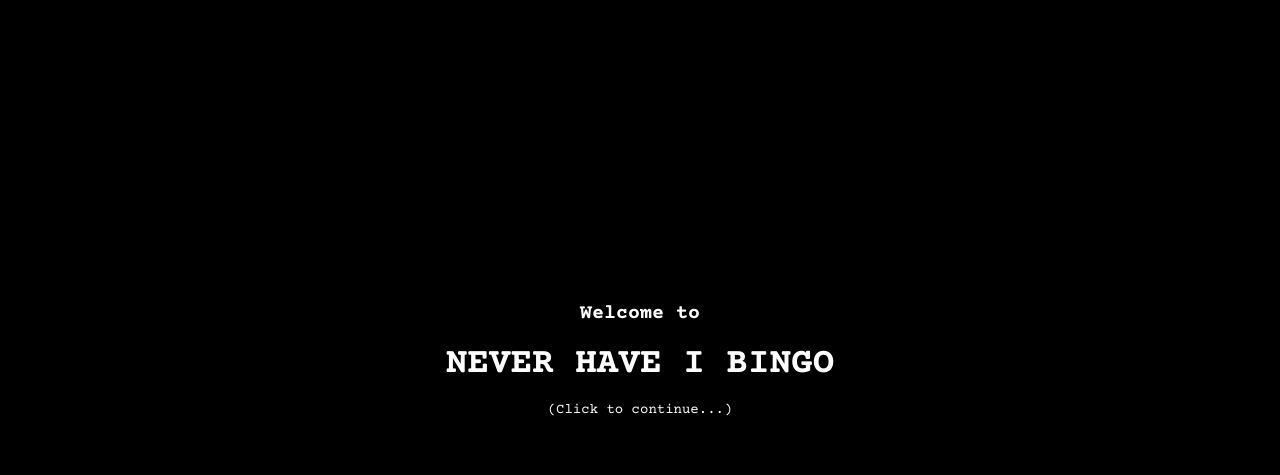
Repository: Jeysmeister/sensoryminds-bingo
Page: /
An editor plug-in stored every save of this project. The page is shown before and after the next save, followed by the edit.
The browser window is 1280 px wide. The pictures show the whole page.
The project was rebuilt for these pictures with package versions that can differ from the ones it lists, and the page was loaded fresh each time. The framework's server and built-in components were replaced by stand-ins that run in the browser. Also part of the build but not shown: next.config.ts.

Above is the page before, as saved 2024-11-12 18:36:19.

### app/layout.tsx
import type { Metadata } from "next";
import { Courier_Prime } from "next/font/google";
import "./globals.css";
import Header from "./components/Header";

export const metadata: Metadata = {
  title: "Never have I BINGO",
  description: "Sensory Minds Front-End Coding Challenge",
};

const courier = Courier_Prime({
  subsets: ["latin"],
  weight: ["400", "700"],
});

export default function RootLayout({
  children,
}: Readonly<{
  children: React.ReactNode;
}>) {
  return (
    <html lang="en">
      <body className={`${courier.className} antialiased`}>{children}</body>
    </html>
  );
}

### app/page.tsx
"use client";

import { neverHaveIEverQuestions } from "@/data/questions";
import { motion } from "framer-motion";
import { useState } from "react";
import BingoCard from "./components/BingoCard";
import Header from "./components/Header";

export default function Home() {
  const [activeSection, setActiveSection] = useState(0);

  const getRandomQuestions = (count: number) => {
    const shuffled = [...neverHaveIEverQuestions].sort(() => 0.5 - Math.random());
    return shuffled.slice(0, count);
  };
  const questions = getRandomQuestions(24);

  const slideInVariant = {
    default: { x: 0, opacity: 1, width: "100%" },
    invisible: { x: "100%", opacity: 0, width: 0 },
    visible: { x: 0, opacity: 1, width: "100%", transition: { duration: 1 } },
  };

  return (
    <div className="flex w-screen overflow-hidden bg-black">
      <motion.div
        className="w-screen h-screen flex justify-center items-center text-white bg-black flex-col gap-4 cursor-pointer"
        onClick={() => setActiveSection(1)}
        initial="default"
        animate={`${activeSection === 1 ? "invisible" : activeSection === 2 && "invisible"}`}
        exit="slideOut"
        variants={slideInVariant}
      >
        <div className="text-xl font-bold">Welcome to</div>
        <div className="text-4xl font-bold">NEVER HAVE I BINGO</div>
        <div className="text-sm">(Click to continue...)</div>
      </motion.div>

      <motion.div
        className="w-screen h-screen flex justify-center items-center text-white bg-black flex-col gap-4 cursor-pointer"
        onClick={() => setActiveSection(2)}
        initial="invisible"
        animate={activeSection === 1 ? "visible" : activeSection === 2 && "invisible"}
        exit="slideOut"
        variants={slideInVariant}
      >
        <div className="text-4xl font-extrabold">RULES</div>
        <div className="flex flex-col text-xl font-bold text-left w-[800px]">
          <div>1. Players must decide on the consequence when a player loses.</div>
          <div>2. Players must click on the boxes they've done.</div>
          <div>3. A player loses if they fill a row, column, or diagonal.</div>
          <div>4. All players that lose must do the consequence.</div>
          <div>5. After doing the consequence, players must click the restart button on the top right of the page.</div>
          <div>6. Have Fun!</div>
        </div>
        <div className="text-sm">(Click to continue...)</div>
      </motion.div>

      <motion.div
        className="w-screen h-screen flex flex-col justify-center items-center relative bg-white"
        initial="invisible"
        animate={activeSection === 2 && "visible"}
        exit="slideOut"
        variants={slideInVariant}
      >
        <Header />
        <BingoCard questions={questions} />
      </motion.div>
    </div>
  );
}

### data/questions.ts
export const neverHaveIEverQuestions = [
  "laughed so hard I snorted",
  "eaten a whole pizza by myself",
  "stayed up all night binge-watching a series",
  "danced in the rain",
  "tried to learn another language just to impress someone",
  "accidentally texted the wrong person",
  "pretended to know a celebrity",
  "had a nightmare about work or school",
  "played a prank on a teacher or boss",
  "gone skinny dipping",
  "gotten lost in an amusement park",
  "been on a blind date",
  "pretended to be on a cooking show while making food",
  "locked myself out of my house",
  "forgotten an important anniversary or birthday",
  "tried a weird food combination that I ended up loving",
  "cried during a movie",
  "played a video game all night",
  "forgotten someone's name right after meeting them",
  "laughed at a joke I didn't get",
  "sung karaoke in public",
  "cried at a wedding",
  "been the last one awake at a sleepover",
  "tried to start a fire without matches or a lighter",
  "accidentally sent a message to the wrong person",
  "made up an excuse to get out of a date",
  "accidentally walked into the wrong restroom",
  "gotten a tattoo I regretted",
  "pretended to like a gift I didn't like",
  "been on a roller coaster",
  "cried during a song",
  "fainted in public",
  "had my phone fall in water",
  "pretended to be sick to skip school or work",
  "done a backflip",
  "lied to my best friend",
  "been scared of clowns",
  "cried at a concert",
  "sang in the shower",
  "had a crush on a teacher",
  "broken a bone",
  "eaten food that was still frozen",
  "gotten stitches",
  "driven a car",
  "ridden a motorcycle",
  "been to a haunted house",
  "been on TV",
  "been afraid of the dark",
  "been stuck in an elevator",
  "lost my wallet",
  "cooked an elaborate meal for myself",
  "accidentally broken a friend's item and didn't tell them",
  "regretted a social media post",
  "missed a flight",
  "forgotten my passport while traveling",
  "made a mess and left it for someone else to clean",
  "skipped school or work for a road trip",
  "written a poem for someone",
  "fallen asleep on public transportation and missed my stop",
  "said 'you too' when a cashier said 'enjoy your meal'",
  "been told I look like a celebrity",
  "stayed up all night talking to someone",
  "gone to a costume party as myself",
  "bought something just for the packaging",
  "tried to do the splits",
  "put something back on the shelf after deciding not to buy it",
  "worn pajamas in public",
  "ordered an item of food just to take a picture of it",
  "walked into a glass door",
  "gone somewhere just for the free food",
  "tried a dance move from a music video",
  "lost something important and found it years later",
  "kept a plant alive for over a year",
  "given a fake name at a coffee shop",
  "forgotten where I parked my car",
  "forgotten my own phone number",
  "sent a text while angry that I regretted later",
  "watched an entire series in a single day",
  "had a song stuck in my head for days",
  "missed an important event because I overslept",
  "gotten sunburned so badly I peeled",
  "tried to ice skate and fallen",
  "been in a flash mob",
  "left a comment on a stranger's social media",
  "gone to the movies alone",
  "pretended to understand something I didn't",
  "stolen something small from a hotel",
  "broken a bone and not realized it immediately",
  "sent an email without proofreading it first",
  "taken a personality quiz online",
  "signed up for something I didn't want just for a freebie",
  "gotten a scar from something silly",
  "apologized to an object after bumping into it",
  "lost track of time while browsing the internet",
  "taken a selfie with a pet",
  "stayed in pajamas all day",
  "been seasick",
  "seen a ghost",
  "tried to play matchmaker for friends",
  "pretended I knew the words to a song",
  "kept a secret for over a year",
  "ate something weird just to prove I could",
  "looked up my own name on the internet",
  "changed my hairstyle on a whim",
  "put salt in coffee or tea by accident",
  "eaten a whole cake by myself",
  "watched a movie and fell asleep halfway through",
  "had an imaginary friend",
  "been to a concert",
  "eaten food that was past its expiration date",
  "accidentally called someone by the wrong name",
  "broken something expensive and blamed it on someone else",
  "spent more than $100 on something I didn’t need",
  "used someone else's toothbrush",
  "tried to eat something spicy and regretted it immediately",
  "posted something embarrassing online",
  "tried to flirt and failed miserably",
  "lied about my age",
  "been on a dating app",
  "used a fake ID",
  "faked being sick to avoid something",
  "lived in a place that wasn’t my own",
  "kept something from my childhood",
  "had a pet that wasn’t a dog or cat",
  "faked a phone call",
  "ate something because it was trendy",
  "thought I was going to die at some point",
  "slept through an alarm",
  "danced in front of a mirror",
  "sang in front of a mirror",
  "had a food fight",
  "tried to become friends with someone just because they were popular",
  "stalked someone on social media",
  "tried to break up with someone but didn’t",
  "had a crush on a fictional character",
  "joined a group just to get discounts",
  "told someone a secret and regretted it",
  "ate something I didn’t like to be polite",
  "cheated on a test",
  "used a burner phone",
  "felt awkward in a social setting",
  "kept a childhood toy",
  "threw a surprise party for someone",
  "accidentally walked into a room full of people while I was on a video call",
  "joined a club to meet new people",
  "went on a blind date",
  "helped a friend cheat on an exam",
  "had a weird pet",
  "forgotten to charge my phone",
  "called in sick to work when I wasn’t",
  "been caught stealing something",
  "tried to take a shortcut that ended up being longer",
  "left a store without paying for something",
  "made a fake profile to prank someone",
  "kept a really embarrassing thing secret from my family",
  "met someone famous",
  "slept through an important meeting",
  "had a crush on a teacher",
  "sang in public",
  "had a bad haircut and didn’t tell anyone",
  "used a dating app without success",
  "snuck into a movie",
  "made a prank phone call",
  "used someone’s Netflix account without permission",
  "went on a vacation alone",
  "used a discount code that wasn’t meant for me",
  "accidentally wore mismatched socks",
  "tried a weird life hack that didn’t work",
  "got scammed online",
  "eaten an entire chocolate bar in one sitting",
  "seen something creepy and didn’t tell anyone",
  "been told to be quiet in a library",
  "been to a theme park with friends",
  "gotten in trouble for something I didn’t do",
  "had a fashion disaster",
  "was a picky eater when I was younger",
  "accidentally liked an old photo on social media",
  "wore sunglasses inside",
  "stayed up late for no reason",
  "had an awkward family gathering",
  "been called out in a public place",
  "tried to impress someone and failed",
  "lost a bet and had to do something silly",
  "said something inappropriate in front of my parents",
  "been to a concert of a band I didn’t like",
  "laughed during a serious moment",
  "tried to sell something I didn’t need",
  "talked to someone only to realize I had met them before",
  "tried to skip a line and got caught",
  "ate food that was not prepared by me",
  "tried to fix something and made it worse",
  "was shocked by something that turned out to be a prank",
  "pretended to be asleep when someone walked in",
  "had a crush on someone for a long time without telling them",
  "spent too much money on coffee",
  "missed a major event because I overslept",
  "sent a message to the wrong person by accident",
  "accidentally made an embarrassing sound in public",
  "looked up how to do something but still couldn’t",
  "tried to impress someone with a talent I didn’t have",
  "tried a food that sounded good but tasted bad",
  "was caught talking to myself in public",
  "made a mess and didn’t clean it up",
  "was caught eavesdropping on a conversation",
  "spent more than I planned on something",
  "told someone I was busy when I wasn’t",
  "went somewhere just for the food",
  "tried to act cool but failed",
  "lost something and then found it in a place I looked earlier",
  "spent an entire day in my pajamas",
  "tried a DIY project and it turned out horrible",
  "pretended to be an expert at something",
  "laughed at a joke I didn’t understand",
  "accidentally sent a text with a typo to my boss",
  "talked to someone for a while only to realize they weren’t who I thought",
  "tried to speak another language and failed",
  "got caught in a lie",
  "accidentally said something inappropriate",
  "pretended to know how to drive but didn’t",
  "lost my phone and found it in the last place I looked",
  "ate something and immediately regretted it",
  "been surprised by a surprise party",
  "sung a song in the car like it was a concert",
  "pretended to be sick to avoid work",
  "had a pet that I wasn’t responsible for",
  "been on a reality TV show",
  "eaten a whole bag of chips in one sitting",
  "watched something on Netflix that was totally embarrassing",
  "forgotten to reply to a message for a week",
  "gotten lost and found my way by asking for directions",
  "been embarrassed by my own joke",
  "told a bad joke that no one laughed at",
  "forgotten my own birthday",
  "failed a simple task",
  "been caught stealing something small",
  "spied on someone without their knowledge",
  "drank coffee at midnight",
  "accidentally sent a selfie to the wrong person",
  "made a huge mistake at work",
  "accidentally dyed my hair a weird color",
  "acted like I knew something but didn’t",
  "forgotten where I put my phone",
  "told a fib that backfired",
  "shared a secret that wasn’t mine to share",
];

### app/components/BingoCard.tsx
"use client";

import { possibleWins } from "@/data/possibleWins";
import { useEffect, useState } from "react";
import BingoItem from "./BingoItem";
import { motion } from "framer-motion";

const container = {
  hidden: { opacity: 1, scale: 0 },
  visible: {
    opacity: 1,
    scale: 1,
    transition: {
      delayChildren: 0.3,
      staggerChildren: 0.2,
    },
  },
};

const child = {
  hidden: { y: 20, opacity: 0 },
  visible: {
    y: 0,
    opacity: 1,
  },
};

const BingoCard = ({ questions }: { questions: string[] }) => {
  const [marked, setMarked] = useState<number[]>([12]);
  const grid = [...questions.slice(0, 12), "FREE", ...questions.slice(12)];
  const checkForWin = (markedBoxes: number[]) => {
    return possibleWins.some((combination) => combination.every((index) => markedBoxes.includes(index)));
  };
  useEffect(() => {
    console.log(marked);
    const win = checkForWin(marked);
    if (win) {
      console.log("WINNER");
    }
  }, [marked]);

  return (
    <motion.div variants={container} initial="hidden" animate="visible" className="border border-gray-300 p-4 pt-0 rounded-xl">
      <div className="flex w-full justify-center items-center py-4 text-xl font-extrabold">NEVER HAVE I BINGO</div>
      <div className="max-w-[800px] max-h-[800px] grid grid-cols-5 gap-2">
        {grid.map((item, index) => (
          <motion.div variants={child}>
            <BingoItem key={index} index={index} item={item} marked={marked} setMarked={setMarked} />
          </motion.div>
        ))}
      </div>
    </motion.div>
  );
};

export default BingoCard;

### app/components/Header.tsx
import { Button } from "@/components/ui/button";

const Header = () => {
  return (
    <div className="p-4 w-screen absolute top-0  flex justify-between items-center">
      <div className="text-xl">NEVER HAVE I BINGO</div>
      <Button className="font-extrabold">Next Round</Button>
    </div>
  );
};

export default Header;

### data/possibleWins.ts
export const possibleWins = [
  // Rows
  [0, 1, 2, 3, 4], // Row 1
  [5, 6, 7, 8, 9], // Row 2
  [10, 11, 12, 13, 14], // Row 3
  [15, 16, 17, 18, 19], // Row 4
  [20, 21, 22, 23, 24], // Row 5

  // Columns
  [0, 5, 10, 15, 20], // Column 1
  [1, 6, 11, 16, 21], // Column 2
  [2, 7, 12, 17, 22], // Column 3
  [3, 8, 13, 18, 23], // Column 4
  [4, 9, 14, 19, 24], // Column 5

  // Diagonals
  [0, 6, 12, 18, 24], // Diagonal 1
  [4, 8, 12, 16, 20], // Diagonal 2
];

### app/components/BingoItem.tsx
"use client";

import { useState } from "react";
import { motion } from "framer-motion";

const BingoItem = ({ index, item, marked, setMarked }: { index: number; item: string; marked: number[]; setMarked: (value: number[]) => void }) => {
  const [active, setActive] = useState(item === "FREE" ? true : false);
  const handleClick = (index: number) => {
    if (item !== "FREE") {
      const newActive = !active;
      if (newActive) {
        setActive(newActive);
        setMarked([...marked, index]);
      } else {
        setActive(newActive);
        const indexOfItem = marked.indexOf(index);
        setMarked([...marked.splice(0, indexOfItem), ...marked.splice(indexOfItem)]);
      }
    }
  };
  return (
    <motion.div
      initial={{ backgroundColor: "#ffffff" }}
      animate={{
        backgroundColor: active ? "#000000" : "#ffffff",
      }}
      transition={{ duration: 0.5 }}
      key={index}
      className={`relative flex items-center justify-center p-2 h-[130px] w-[130px] border border-gray-200 rounded ${active ? "bg-black text-white" : "bg-white text-black"} cursor-pointer`}
      onClick={() => handleClick(index)}
    >
      <p className="text-center text-sm font-extrabold capitalize">{item}</p>
    </motion.div>
  );
};

export default BingoItem;

### components/ui/button.tsx
import * as React from "react"
import { Slot } from "@radix-ui/react-slot"
import { cva, type VariantProps } from "class-variance-authority"

import { cn } from "@/lib/utils"

const buttonVariants = cva(
  "inline-flex items-center justify-center gap-2 whitespace-nowrap rounded-md text-sm font-medium transition-colors focus-visible:outline-none focus-visible:ring-1 focus-visible:ring-ring disabled:pointer-events-none disabled:opacity-50 [&_svg]:pointer-events-none [&_svg]:size-4 [&_svg]:shrink-0",
  {
    variants: {
      variant: {
        default:
          "bg-primary text-primary-foreground shadow hover:bg-primary/90",
        destructive:
          "bg-destructive text-destructive-foreground shadow-sm hover:bg-destructive/90",
        outline:
          "border border-input bg-background shadow-sm hover:bg-accent hover:text-accent-foreground",
        secondary:
          "bg-secondary text-secondary-foreground shadow-sm hover:bg-secondary/80",
        ghost: "hover:bg-accent hover:text-accent-foreground",
        link: "text-primary underline-offset-4 hover:underline",
      },
      size: {
        default: "h-9 px-4 py-2",
        sm: "h-8 rounded-md px-3 text-xs",
        lg: "h-10 rounded-md px-8",
        icon: "h-9 w-9",
      },
    },
    defaultVariants: {
      variant: "default",
      size: "default",
    },
  }
)

export interface ButtonProps
  extends React.ButtonHTMLAttributes<HTMLButtonElement>,
    VariantProps<typeof buttonVariants> {
  asChild?: boolean
}

const Button = React.forwardRef<HTMLButtonElement, ButtonProps>(
  ({ className, variant, size, asChild = false, ...props }, ref) => {
    const Comp = asChild ? Slot : "button"
    return (
      <Comp
        className={cn(buttonVariants({ variant, size, className }))}
        ref={ref}
        {...props}
      />
    )
  }
)
Button.displayName = "Button"

export { Button, buttonVariants }

Loaded but not shown: app/globals.css (common file); lib/utils.ts (common file); tailwind.config.ts (common file)

After the next save:
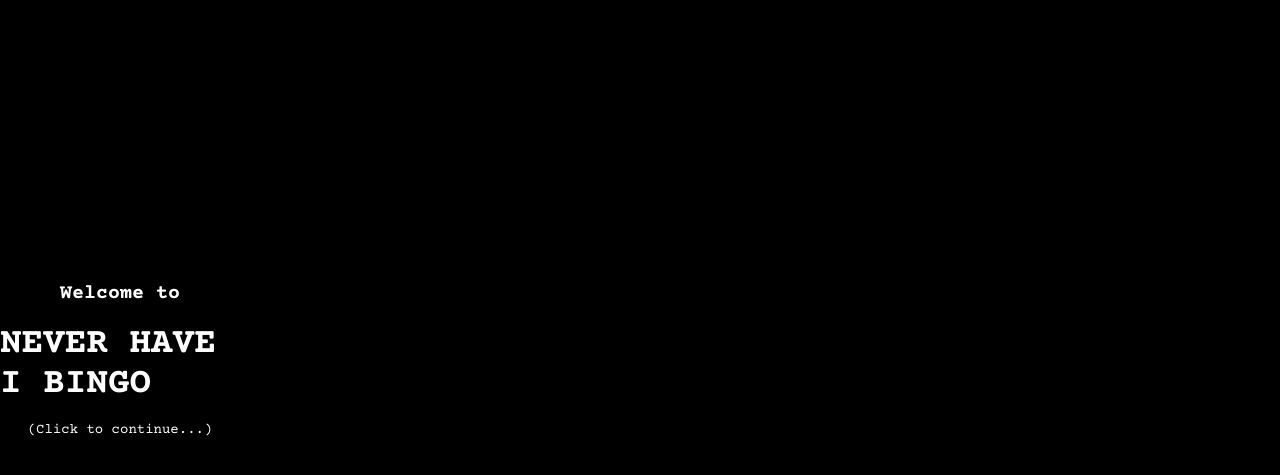
Saved 11 s later.
--- a/app/page.tsx
+++ b/app/page.tsx
@@ -16,9 +16,9 @@
   const questions = getRandomQuestions(24);
 
   const slideInVariant = {
-    default: { x: 0, opacity: 1, width: "100%" },
-    invisible: { x: "100%", opacity: 0, width: 0 },
-    visible: { x: 0, opacity: 1, width: "100%", transition: { duration: 1 } },
+    default: { x: 0, opacity: 1 },
+    invisible: { x: "100%", opacity: 0 },
+    visible: { x: 0, opacity: 1, transition: { duration: 1 } },
   };
 
   return (

After the save that followed:
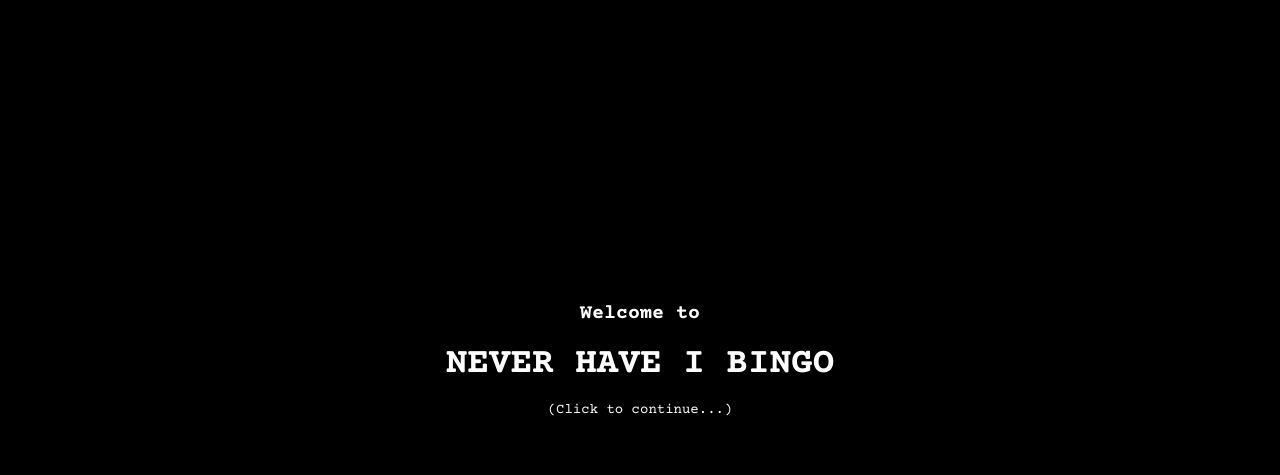
Saved 23 s later.
--- a/app/page.tsx
+++ b/app/page.tsx
@@ -16,9 +16,9 @@
   const questions = getRandomQuestions(24);
 
   const slideInVariant = {
-    default: { x: 0, opacity: 1 },
-    invisible: { x: "100%", opacity: 0 },
-    visible: { x: 0, opacity: 1, transition: { duration: 1 } },
+    default: { x: 0, opacity: 1, width: "100%" },
+    invisible: { x: "100%", opacity: 0, width: 0 },
+    visible: { x: 0, opacity: 1, width: "100%", transition: { duration: 1 } },
   };
 
   return (
